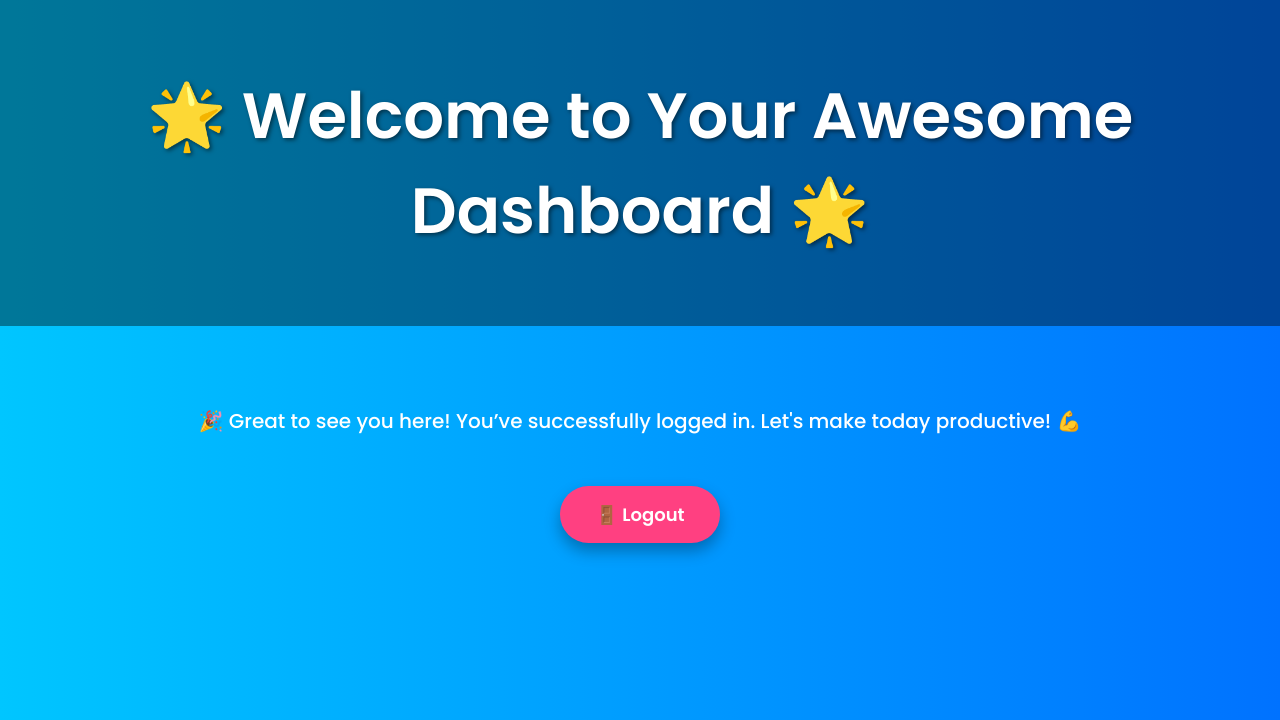
Repository: aakanksha4a/HoneySecure
Page: http://localhost/HoneySecure/fake.jsp
The author's editor kept a copy of each file at every save. The page is drawn from the files as they stood at one save, then again after the next save.
The browser window is 1280 px wide. The pictures show the whole page.
The page is served by Tomcat 10.

Above is the page before, as saved 2025-04-21 05:47:47.

After the next save:
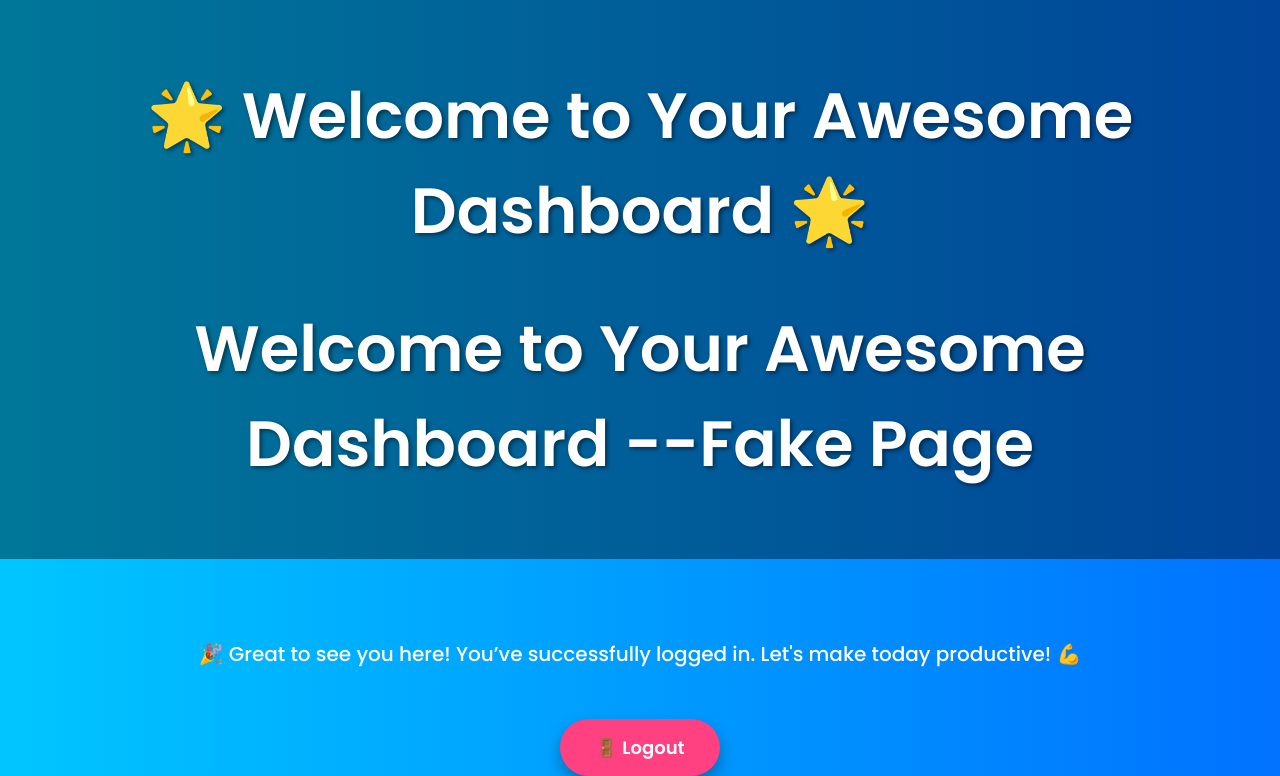
Saved 109 s later.
--- a/HoneySecure/src/main/webapp/fake.jsp
+++ b/HoneySecure/src/main/webapp/fake.jsp
@@ -65,6 +65,7 @@
 <body>
     <div class="header">
         <h1>🌟 Welcome to Your Awesome Dashboard 🌟</h1>
+         <h1> Welcome to Your Awesome Dashboard --Fake Page </h1>
     </div>
     <div class="content">
         <p>🎉 Great to see you here! You’ve successfully logged in. Let's make today productive! 💪</p>
